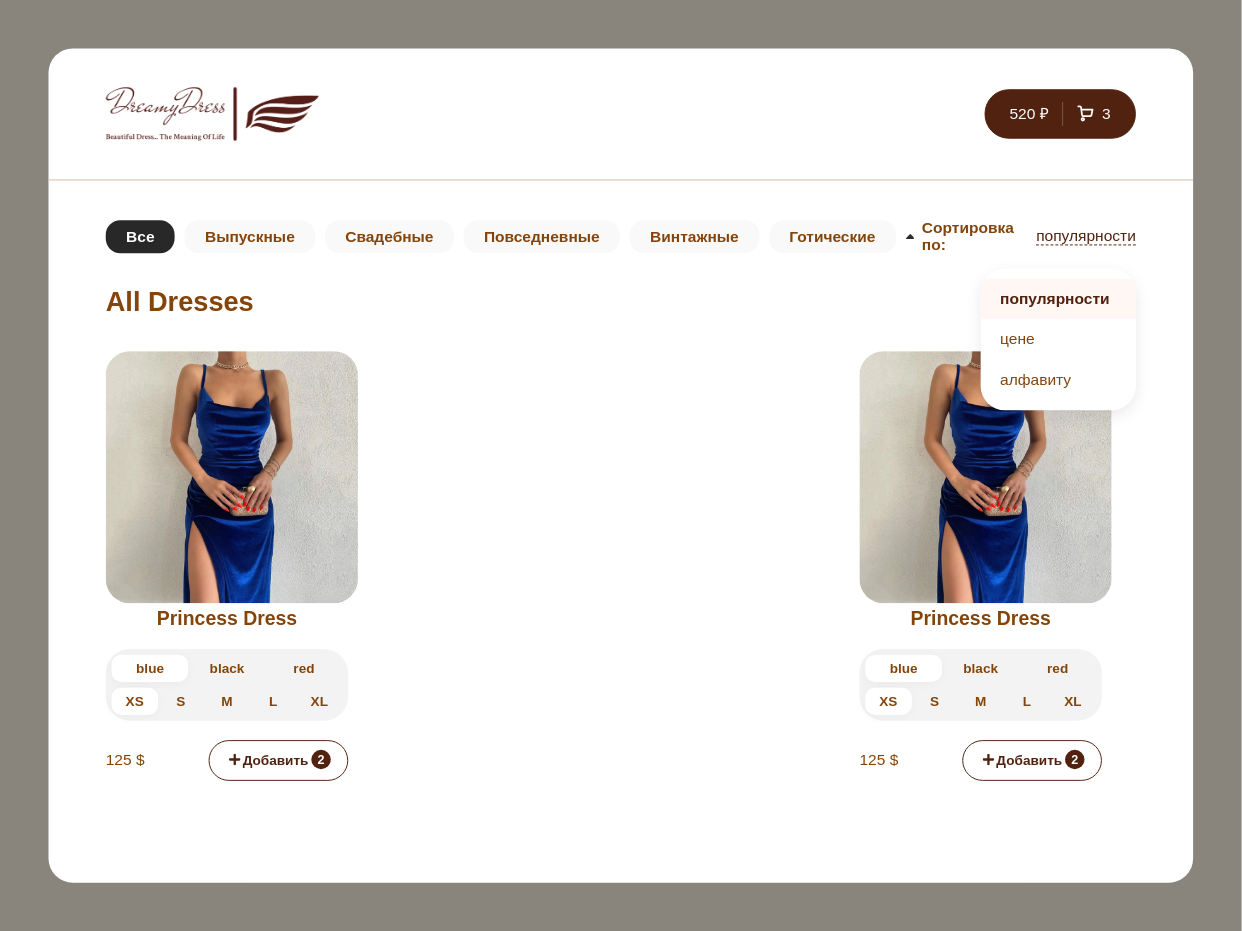
Repository: DisasterWoman/SPA-shop
Page: /
These files come from the project's save history. The page is drawn as it stood at one moment and after the next save; the edit follows.
The browser window is 1280 px wide. The pictures show the whole page, at 97% of full size.
Some web fonts or font styles are not loaded; a fallback is used. The project was rebuilt for these pictures with package versions that can differ from the ones it lists, and the page was loaded fresh each time.

Above is the page before, as saved 2022-11-29 17:15:48.

### src/App.js
import './scss/app.scss';
import Categories from './components/Categories/Categories';
import DressBlock from './components/DressBlock/DressBlock';
import Header from './components/Header/Header';
import Sort from './components/Sort/Sort';
import SearchBar from './components/SearchBar/SearchBar';

function App() {
  return (
    <div className="wrapper">
      <Header />
      <div className="content">
        <div className="container">
          <div className="content__top">
            <Categories />
            <Sort />
          </div>
          <h2 className="content__title">All Dresses</h2>
          <div className="content__items">
            <DressBlock />
            <DressBlock />
          </div>
        </div>
      </div>
    </div>
  );
}

export default App;

### src/scss/app.scss
@import 'variables.scss';
@import './libs/normalize.scss';
@import './all';

body {
  background-color: $background;
}

.wrapper {
  width: calc(100vw - 100px);
  height: 100%;
  background-color: #fff;
  margin: 50px auto;
  border-radius: 25px;
  max-width: 1400px;
}

.content {
  padding: 40px 0;

  &__title {
    margin: 35px 0;
  }

  &__items {
    display: flex;
    flex-wrap: wrap;
    justify-content: space-between;
  }

  &__top {
    display: flex;
    align-items: center;
    justify-content: space-between;
  }
}

.container {
  width: $container-width;
  margin: 0 auto;

  &--cart {
    max-width: 820px;
    margin: 90px auto;
    .content__title {
      margin: 0;
    }
  }
}

.cart {
  &__top {
    display: flex;
    justify-content: space-between;
    align-items: center;
  }

  .content__title {
    display: flex;
    align-items: center;
    font-size: 32px;

    svg {
      position: relative;
      top: -2px;
      width: 30px;
      height: 30px;
      margin-right: 10px;
      path {
        stroke: $black;
        strokewidth: 1.9;
      }
    }
  }

  &__clear {
    display: flex;
    align-items: center;
    cursor: pointer;
    @include noselect();

    span {
      display: inline-block;
      margin-left: 7px;
      color: #b6b6b6;
      font-size: 18px;
    }

    span,
    svg,
    path {
      transition: all $duration ease-in-out;
    }

    &:hover {
      svg {
        path {
          stroke: darken($color: #b6b6b6, $amount: 50);
        }
      }
      span {
        color: darken($color: #b6b6b6, $amount: 50);
      }
    }
  }

  &__item {
    display: flex;
    width: 100%;
    border-top: 1px solid $gray-line;
    padding-top: 30px;
    margin-top: 30px;

    &-img {
      display: flex;
      align-items: center;
      margin-right: 15px;
      width: 10%;

      img {
        width: 80px;
        height: 80px;
      }
    }

    &-info {
      display: flex;
      flex-direction: column;
      justify-content: center;
      width: 40%;

      h3 {
        font-weight: bold;
        font-size: 22px;
        line-height: 27px;
        letter-spacing: 0.01em;
      }

      p {
        font-size: 18px;
        color: #8d8d8d;
      }
    }

    &-count {
      display: flex;
      align-items: center;
      justify-content: space-between;
      width: 13%;

      &-minus {
        svg {
          path:first-of-type {
            display: none;
          }
        }
      }

      b {
        font-size: 22px;
      }
    }

    &-price {
      display: flex;
      align-items: center;
      justify-content: center;
      width: 33%;

      b {
        font-weight: bold;
        font-size: 22px;
        letter-spacing: 0.01em;
      }
    }

    &-remove {
      display: flex;
      align-items: center;
      justify-content: flex-end;
      width: 4%;

      .button {
        border-color: darken($color: $gray-line, $amount: 10);
      }

      svg {
        transform: rotate(45deg);

        path {
          fill: darken($color: $gray-line, $amount: 15);
        }
      }

      .button {
        svg {
          width: 11.5px;
          height: 11.5px;
          position: relative;
        }
        &:hover,
        &:active {
          border-color: darken($color: $gray-line, $amount: 80);
          background-color: darken($color: $gray-line, $amount: 80);
        }
      }
    }
  }

  &__bottom {
    margin: 50px 0;

    &-details {
      display: flex;
      justify-content: space-between;

      span {
        font-size: 22px;

        &:last-of-type {
          b {
            color: $brown;
          }
        }
      }
    }

    &-buttons {
      display: flex;
      justify-content: space-between;
      margin-top: 40px;

      .go-back-btn {
        display: flex;
        align-items: center;
        justify-content: center;
        width: 210px;

        border-color: darken($color: $gray-line, $amount: 10);

        span {
          color: darken($color: $gray-line, $amount: 20);
          font-weight: 500;
          font-weight: 600;
        }

        &:hover {
          background-color: darken($color: $gray-line, $amount: 90);
          border-color: darken($color: $gray-line, $amount: 90);

          span {
            color: $gray-line;
          }
        }

        svg {
          margin-right: 12px;
          path {
            fill: transparent;
            strokewidth: 2;
          }
        }
      }

      .pay-btn {
        font-size: 16px;
        font-weight: 600;
        width: 210px;
        padding: 16px;
      }
    }
  }

  &--empty {
    margin: 0 auto;
    width: 560px;
    text-align: center;

    h2 {
      font-size: 32px;
      margin-bottom: 10px;
    }

    p {
      font-size: 18px;
      line-height: 145.4%;
      letter-spacing: 0.01em;
      color: #777777;
    }

    icon {
      position: relative;
      top: 2px;
    }

    img {
      display: block;
      width: 300px;
      margin: 45px auto 60px;
    }

    .button--black {
      padding: 12px 0 14px;
      width: 230px;
      margin: 0 auto;
      font-weight: 600;
      font-size: 18px;
    }
  }
}

### src/components/Categories/Categories.jsx
import React from 'react';

function Categories() {
  return (
    <div className="categories">
      <ul>
        <li className="active">Все</li>
        <li>Выпускные</li>
        <li>Свадебные</li>
        <li>Повседневные</li>
        <li>Винтажные</li>
        <li>Готические</li>
      </ul>
    </div>
  );
}

export default Categories;

### src/components/DressBlock/DressBlock.jsx
import React from 'react';
import { Button } from '../Button/Button';
import './_dress-block.scss';

function DressBlock() {
  return (
    <div className="dress-block">
      <img className="dress-block__image" src="/images/dresses/dress0-blue.webp" alt="Dress" />
      <h4 className="dress-block__title">Princess Dress</h4>
      <div className="dress-block__selector">
        <ul>
          <li className="active">blue</li>
          <li>black</li>
          <li>red</li>
        </ul>
        <ul>
          <li className="active">XS</li>
          <li>S</li>
          <li>M</li>
          <li>L</li>
          <li>XL</li>
        </ul>
      </div>
      <div className="dress-block__bottom">
        <div className="dress-blockk__price">125 $</div>
        <Button/>
      </div>
    </div>
  );
}

export default DressBlock;

### src/components/Header/Header.jsx
import React from 'react';
import './_header.scss';
function Header() {
  return (
    <div className="header">
      <div className="container">
        <div className="header__logo">
          <img width="220" src="/dreamy-dress.png" alt="logo" />
          <div></div>
        </div>
        <div className="header__cart">
          <a href="/cart.html" className="button button--cart">
            <span>520 ₽</span>
            <div className="button__delimiter"></div>
            <svg
              width="18"
              height="18"
              viewBox="0 0 18 18"
              fill="none"
              xmlns="http://www.w3.org/2000/svg"
            >
              <path
                d="M6.33333 16.3333C7.06971 16.3333 7.66667 15.7364 7.66667 15C7.66667 14.2636 7.06971 13.6667 6.33333 13.6667C5.59695 13.6667 5 14.2636 5 15C5 15.7364 5.59695 16.3333 6.33333 16.3333Z"
                stroke="white"
                strokeWidth="1.8"
                strokeLinecap="round"
                strokeLinejoin="round"
              />
              <path stroke="white" strokeWidth="1.8" strokeLinecap="round" strokeLinejoin="round" />
              <path
                d="M4.78002 4.99999H16.3334L15.2134 10.5933C15.1524 10.9003 14.9854 11.176 14.7417 11.3722C14.4979 11.5684 14.1929 11.6727 13.88 11.6667H6.83335C6.50781 11.6694 6.1925 11.553 5.94689 11.3393C5.70128 11.1256 5.54233 10.8295 5.50002 10.5067L4.48669 2.82666C4.44466 2.50615 4.28764 2.21182 4.04482 1.99844C3.80201 1.78505 3.48994 1.66715 3.16669 1.66666H1.66669"
                stroke="white"
                strokeWidth="1.8"
                strokeLinecap="round"
                strokeLinejoin="round"
              />
            </svg>
            <span>3</span>
          </a>
        </div>
      </div>
    </div>
  );
}

export default Header;

### src/components/Sort/Sort.jsx
import React from 'react';
import './_sort.scss';

function Sort() {
  return (
    <div className="sort">
      <div className="sort__label">
        <svg
          width="10"
          height="6"
          viewBox="0 0 10 6"
          fill="none"
          xmlns="http://www.w3.org/2000/svg"
        >
          <path
            d="M10 5C10 5.16927 9.93815 5.31576 9.81445 5.43945C9.69075 5.56315 9.54427 5.625 9.375 5.625H0.625C0.455729 5.625 0.309245 5.56315 0.185547 5.43945C0.061849 5.31576 0 5.16927 0 5C0 4.83073 0.061849 4.68424 0.185547 4.56055L4.56055 0.185547C4.68424 0.061849 4.83073 0 5 0C5.16927 0 5.31576 0.061849 5.43945 0.185547L9.81445 4.56055C9.93815 4.68424 10 4.83073 10 5Z"
            fill="#2C2C2C"
          />
        </svg>
        <b>Сортировка по:</b>
        <span>популярности</span>
      </div>
      <div className="sort__popup">
        <ul>
          <li className="active">популярности</li>
          <li>цене</li>
          <li>алфавиту</li>
        </ul>
      </div>
    </div>
  );
}

export default Sort;

### src/scss/_variables.scss
$black: #85450a;
$background: #89857c;
$gray-line: #d5bda1;
$brown: #50220f;

$container-width: 90%;

$duration: 0.15s;

### src/scss/libs/_normalize.scss
@import url('https://fonts.googleapis.com/css2?family=Anek+Devanagari&display=swap');

*{
  padding: 0;
  margin: 0;
  list-style: none;
  outline: none;
  font-family: 'Anek Devanagari', sans-serif;
  box-sizing: border-box;
}

html {
  -ms-text-size-adjust: 100%;
  -webkit-text-size-adjust: 100%;
}

body {
  -moz-osx-font-smoothing: grayscale;
  -webkit-font-smoothing: antialiased;
  color: $black;
}

a,
span,
p,
b,
h1,
h2,
h3,
h4,
h5 {
  color: $black;
}

h1 {
  font-size: 48px;
}

h2 {
  font-weight: 600;
  font-size: 28px;
  line-height: 30px;
}

a {
  text-decoration: none;
}

@mixin noselect {
  -webkit-touch-callout: none; /* iOS Safari */
  -webkit-user-select: none; /* Safari */
  -khtml-user-select: none; /* Konqueror HTML */
  -moz-user-select: none; /* Old versions of Firefox */
  -ms-user-select: none; /* Internet Explorer/Edge */
  user-select: none; /* Non-prefixed version, currently
                                  supported by Chrome, Opera and Firefox */
}

### src/scss/_all.scss
@import '../components/Header/Header';
@import '../components/Button/button';
@import '../components/Categories/Categories';
@import '../components/Sort/Sort';
@import '../components/DressBlock/dress-block';

### src/components/Header/_header.scss
@import '../../../src/scss/variables';

.header {
  border-bottom: 1px solid $gray-line;
  padding: 40px 0;

  .container {
    display: flex;
    align-items: center;
    justify-content: space-between;
  }

  &__logo {
    display: flex;

    img {
      margin-right: 15px;
    }

    h1 {
      color: #181818;
      font-size: 24px;
      letter-spacing: 1%;
      text-transform: uppercase;
      font-weight: 800;
    }

    p {
      color: #7b7b7b;
    }
  }
}

### src/components/Button/_button.scss
@import '../../../src/scss/variables';

.button {
  display: inline-block;
  background-color: $brown;
  border-radius: 25px;
  padding: 10px 20px;
  min-width: 100px;
  text-align: center;
  cursor: pointer;
  transition: background-color $duration ease-in-out, border-color $duration ease-in-out;
  border: 1px solid transparent;

  &,
  span {
    color: #fff;
  }

  i,
  span,
  path,
  svg {
    transition: all $duration ease-in-out;
  }

  &:hover {
    background-color: darken($brown, 8%);
  }

  &:active {
    background-color: darken($brown, 12%);
    transform: translateY(1px);
  }

  &--circle {
    display: flex;
    align-items: center;
    justify-content: center;
    width: 30px;
    height: 30px;
    min-width: 30px;
    padding: 0;
    border-width: 2px;
  }

  &--black {
    background-color: $black;

    &:hover,
    &:active {
      background-color: lighten($color: $black, $amount: 10);
    }
  }

  &--outline {
    background-color: #fff;
    border-color: $brown;
    &,
    span {
      color: $brown;
    }

    svg {
      path {
        fill: $brown;
      }
    }

    &:hover {
      background-color: $brown;

      &,
      span {
        color: #fff;
      }

      svg {
        path {
          fill: #fff;
        }
      }
    }

    &:active {
      background-color: darken($brown, 8%);
    }
  }

  &__delimiter {
    width: 1px;
    height: 25px;
    background-color: rgba(255, 255, 255, 0.25);
    margin-left: 14px;
    margin-right: 14px;
  }

  &--add {
    svg {
      margin-right: 2px;
    }

    span {
      font-weight: 600;
      font-size: 14px;
    }

    &:hover {
      i {
        background-color: #fff;
        color: $brown;
      }
    }

    i {
      display: inline-block;
      border-radius: 30px;
      background-color: $brown;
      color: #fff;
      font-weight: 600;
      width: 20px;
      height: 20px;
      font-style: normal;
      font-size: 13px;
      line-height: 22px;
      position: relative;
      top: -1px;
      left: 3px;
    }
  }

  &--cart {
    display: flex;
    align-items: center;
    line-height: 23px;
    padding: 12px 25px;
    border-color: $brown;

    svg {
      margin-right: 8px;
      margin-bottom: 1px;
    }

    span {
      font-weight: 500;
      font-size: 16px;
    }
  }
}

### src/components/Categories/_categories.scss
@import '../../../src/scss/variables';

.categories {
  ul {
    display: flex;

    li {
      background-color: #f9f9f9;
      padding: 8px 21px;
      border-radius: 15px;
      margin-right: 10px;
      font-weight: bold;
      cursor: pointer;
      transition: background-color 0.1s ease-in-out;
      @include noselect();

      &:hover {
        background-color: darken(#f9f9f9, 2%);
      }

      &:active {
        background-color: darken(#f9f9f9, 5%);
      }

      &.active {
        background-color: #282828;
        color: #fff;
      }
    }
  }
}

### src/components/Sort/_sort.scss
@import '../../../src/scss/variables';

.sort {
  position: relative;
  &__label {
    display: flex;
    align-items: center;

    svg {
      margin-right: 8px;
    }

    b {
      margin-right: 8px;
    }

    span {
      color: $brown;
      border-bottom: 1px dashed $brown;
      cursor: pointer;
    }
  }

  &__popup {
    position: absolute;
    right: 0;
    margin-top: 15px;
    background: #ffffff;
    box-shadow: 0px 5px 15px rgba(0, 0, 0, 0.09);
    border-radius: 25px;
    overflow: hidden;
    padding: 10px 0;
    width: 160px;

    ul {
      overflow: hidden;
      li {
        padding: 12px 20px;
        cursor: pointer;

        &.active,
        &:hover {
          background: rgba(254, 95, 30, 0.05);
        }

        &.active {
          font-weight: bold;
          color: $brown;
        }
      }
    }
  }
}

### src/components/DressBlock/_dress-block.scss
@import '../../../src/scss/variables';

.dress-block {
  width: 250px;
  text-align: center;
  margin-bottom: 65px;

  &:not(:nth-of-type(4n)) {
    margin-right: 35px;
  }

  &__image {
    border-radius: 25px;
    width: 260px;
  }

  &__title {
    font-size: 20px;
    font-weight: 900;
    letter-spacing: 1%;
    margin-bottom: 20px;
  }

  &__selector {
    display: flex;
    background-color: #f3f3f3;
    border-radius: 25px;
    flex-direction: column;
    padding: 6px;

    ul {
      display: flex;
      flex: 1;

      &:first-of-type {
        margin-bottom: 6px;
      }

      li {
        padding: 6px;
        flex: 1;
        cursor: pointer;
        font-weight: 600;
        font-size: 14px;
        &.active {
          background: #ffffff;
          box-shadow: 0px 2px 11px rgba(0, 0, 0, 0.04);
          border-radius: 10px;
          cursor: auto;
        }
      }
    }
  }

  &__bottom {
    display: flex;
    align-items: center;
    justify-content: space-between;
    margin-top: 20px;
  }

  &__price {
    font-weight: bold;
    font-size: 22px;
    line-height: 27px;
    letter-spacing: 0.015em;
  }
}

### src/components/Button/Button.jsx
export const Button = () => {
    return (
      <div className="button button--outline button--add">
        <svg
          width="12"
          height="12"
          viewBox="0 0 12 12"
          fill="none"
          xmlns="http://www.w3.org/2000/svg"
        >
          <path
            d="M10.8 4.8H7.2V1.2C7.2 0.5373 6.6627 0 6 0C5.3373 0 4.8 0.5373 4.8 1.2V4.8H1.2C0.5373 4.8 0 5.3373 0 6C0 6.6627 0.5373 7.2 1.2 7.2H4.8V10.8C4.8 11.4627 5.3373 12 6 12C6.6627 12 7.2 11.4627 7.2 10.8V7.2H10.8C11.4627 7.2 12 6.6627 12 6C12 5.3373 11.4627 4.8 10.8 4.8Z"
            fill="white"
          />
        </svg>
        <span>Добавить</span>
        <i>2</i>
      </div>
    );
}

Loaded but not shown: public/index.html (common file); src/index.js (common file); src/components/SearchBar/SearchBar.jsx (common file)

After the next save:
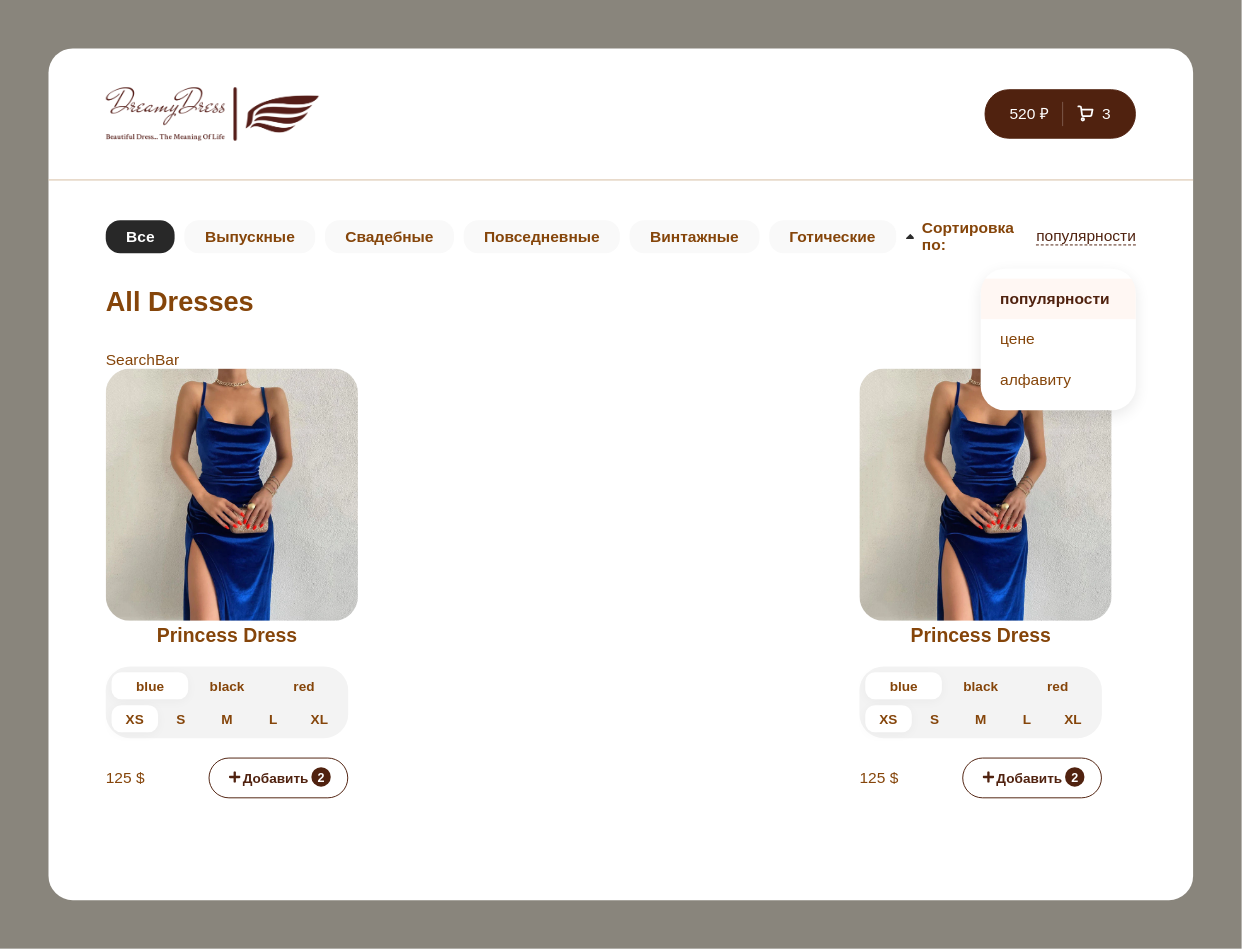
Saved 20 s later.
--- a/src/App.js
+++ b/src/App.js
@@ -16,6 +16,7 @@
             <Sort />
           </div>
           <h2 className="content__title">All Dresses</h2>
+           <SearchBar/>
           <div className="content__items">
             <DressBlock />
             <DressBlock />

After the 2 saves that followed:
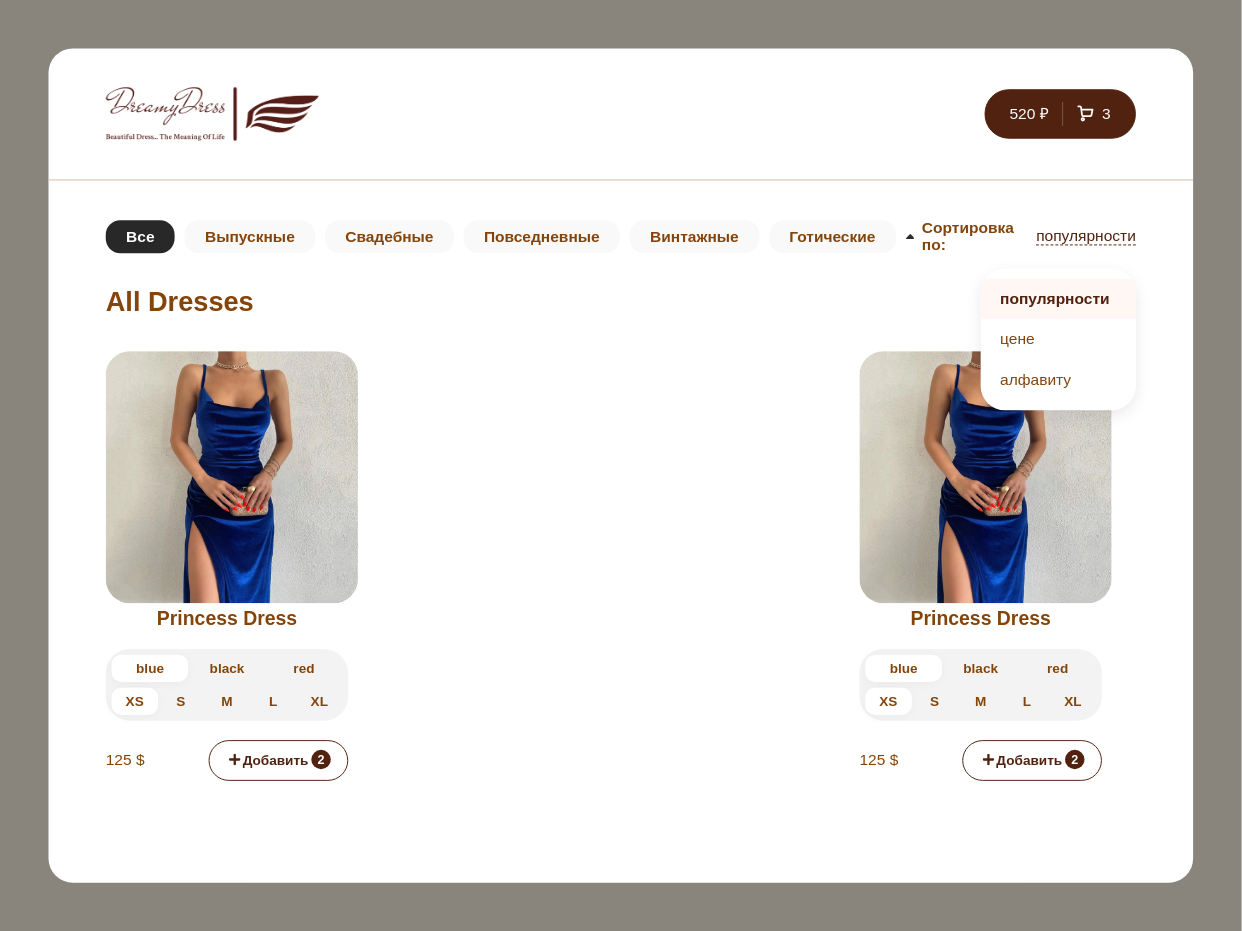
The 2 saves are shown as one change because 1 left the picture as it was.
The last was saved 20 s later.
--- a/src/App.js
+++ b/src/App.js
@@ -16,7 +16,6 @@
             <Sort />
           </div>
           <h2 className="content__title">All Dresses</h2>
-           <SearchBar/>
           <div className="content__items">
             <DressBlock />
             <DressBlock />
